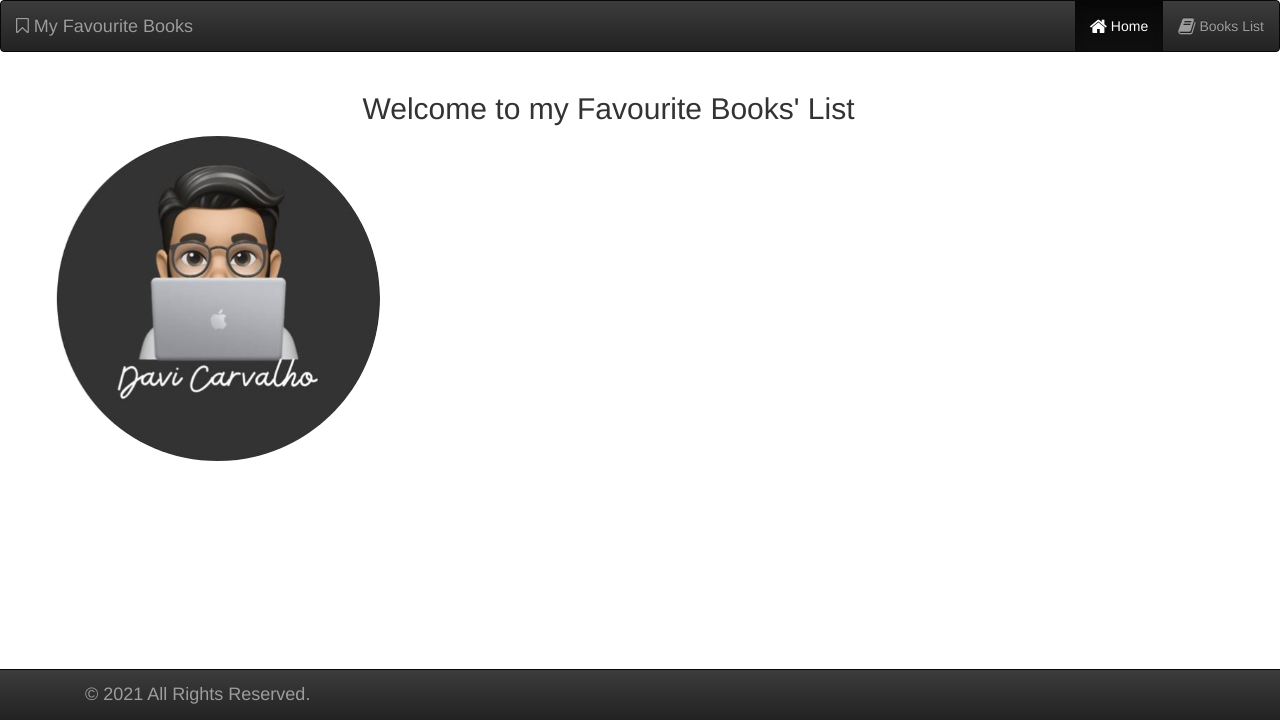
Repository: daviccarvalho/COMP229-M2021-Midterm-301154671
Page: http://localhost/
The author's editor kept a copy of each file at every save. The page is drawn from the files as they stood at one save, then again after the next save.
The browser window is 1280 px wide. The pictures show the whole page.
The page is served by the project's Node server (server.js). Other server files are loaded and not shown.

Above is the page before, as saved 2021-06-22 18:59:37.

### server/views/content/index.ejs
<!--
Web App Name: Favourite Book List
Student Name: Davi Cavalcante de Carvalho
Student id# 301154671
June 22, 2021
-->
<%- include('../partials/header.ejs'); %>

    <!-- MAIN CONTENT -->
    <div class="container">
      <div class="row">
        <div class="col-md-offset-3 col-md-6">
          <h2>Welcome to my Favourite Books' List</h2>
        </div>
        <div class="ps-4">
      <img src="../Assets/images/logo.svg" class="mx-auto pe-4 d-block float-start img-fluid align-top">
      </div>
    </div>

<%- include('../partials/footer.ejs'); %>

### server/views/partials/header.ejs
<!--
Web App Name: Favourite Book List
Student Name: Davi Cavalcante de Carvalho
Student id# 301154671
June 22, 2021
-->
<!DOCTYPE html>
<html lang="en">
  <head>
    <meta charset="utf-8">
    <meta name="viewport" content="width=device-width, initial-scale=1">
    <title><%= title %></title>
    <!-- CSS SECTION -->
    <link rel="stylesheet" href="/Scripts/lib/bootstrap/dist/css/bootstrap.min.css">
    <link rel="stylesheet" href="/Scripts/lib/bootstrap/dist/css/bootstrap-theme.min.css">
    <link rel="stylesheet" href="/Scripts/lib/font-awesome/css/font-awesome.min.css">
    <link rel="stylesheet" href="/@fortawesome/fontawesome-free/css/all.min.css">
    <link rel='stylesheet' href='/Content/app.css' />
  </head>
  <body>

  <nav class="navbar navbar-inverse" role="navigation">
    <!-- Brand and toggle get grouped for better mobile display -->
    <div class="navbar-header">
      <button type="button" class="navbar-toggle" data-toggle="collapse" data-target=".navbar-ex1-collapse">
        <span class="sr-only">Toggle navigation</span>
        <span class="icon-bar"></span>
        <span class="icon-bar"></span>
        <span class="icon-bar"></span>
      </button>
      <a class="navbar-brand" href="/"><i class="fa fa-bookmark-o"></i> My Favourite Books</a>
    </div>

    <!-- Collect the nav links, forms, and other content for toggling -->
    <div class="collapse navbar-collapse navbar-ex1-collapse">
      <ul class="nav navbar-nav navbar-right">
        <% if(title == "Home") { %>
          <li class="active"><a href="/"><i class="fa fa-home fa-lg"></i> Home</a></li>
        <% } else { %>
          <li><a href="/"><i class="fa fa-home fa-lg"></i> Home</a></li>
        <% } %>

          <% if(title == "books") { %>
          <li class="active"><a href="/books"><i class="fa fa-book fa-lg">
          </i> Books List</a></li>
          <% } else { %>
            <li><a href="/books"><i class="fa fa-book fa-lg">
            </i> Books List</a></li>
          <% } %>

      </ul>
    </div><!-- /.navbar-collapse -->
  </nav>

### server/views/partials/footer.ejs
<!--
Web App Name: Favourite Book List
Student Name: Davi Cavalcante de Carvalho
Student id# 301154671
June 22, 2021
-->
<nav class="navbar navbar-inverse navbar-fixed-bottom">
  <div class="container">
    <h4  class="navbar-text">&copy; 2021 All Rights Reserved.</h4>
  </div>
</nav>



<!-- JAVASCRIPT SECTION -->
    <script src="/Scripts/lib/jquery/dist/jquery.min.js"></script>
    <script src="/Scripts/lib/bootstrap/dist/js/bootstrap.min.js"></script>
    <script src="/Scripts/app.js"></script>
  </body>
</html>

### server.js
/*
Web App Name: Favourite Book List
Student Name: Davi Cavalcante de Carvalho
Student id# 301154671
June 22, 2021*/

let app = require('./server/config/app');
let debug = require('debug')('comp308-w2019-midterm:server');
let http = require('http');

/**
 * Get port from environment and store in Express.
 */

let port = normalizePort(process.env.PORT || '3000');
app.set('port', port);

/**
 * Create HTTP server.
 */

let server = http.createServer(app);

/**
 * Listen on provided port, on all network interfaces.
 */

server.listen(port);
server.on('error', onError);
server.on('listening', onListening);

/**
 * Normalize a port into a number, string, or false.
 */

function normalizePort(val) {
  let port = parseInt(val, 10);

  if (isNaN(port)) {
    // named pipe
    return val;
  }

  if (port >= 0) {
    // port number
    return port;
  }

  return false;
}

/**
 * Event listener for HTTP server "error" event.
 */

function onError(error) {
  if (error.syscall !== 'listen') {
    throw error;
  }

  let bind = typeof port === 'string'
    ? 'Pipe ' + port
    : 'Port ' + port;

  // handle specific listen errors with friendly messages
  switch (error.code) {
    case 'EACCES':
      console.error(bind + ' requires elevated privileges');
      process.exit(1);
      break;
    case 'EADDRINUSE':
      console.error(bind + ' is already in use');
      process.exit(1);
      break;
    default:
      throw error;
  }
}

/**
 * Event listener for HTTP server "listening" event.
 */

function onListening() {
  let addr = server.address();
  let bind = typeof addr === 'string'
    ? 'pipe ' + addr
    : 'port ' + addr.port;
  debug('Listening on ' + bind);
}

### server/routes/index.js
/*
Web App Name: Favourite Book List
Student Name: Davi Cavalcante de Carvalho
Student id# 301154671
June 22, 2021
*/
// modules required for routing
let express = require('express');
let router = express.Router();
let mongoose = require('mongoose');

// define the book model
let book = require('../models/books');

/* GET home page. wildcard */
router.get('/', (req, res, next) => {
  res.render('content/index', {
    title: 'Home',
    books: ''
   });
});

module.exports = router;

### client/Assets/images/logo.svg
<svg width="326" height="327" xmlns="http://www.w3.org/2000/svg" xmlns:xlink="http://www.w3.org/1999/xlink" overflow="hidden"><defs><clipPath id="clip0"><rect x="70" y="63" width="326" height="327"/></clipPath><image width="462" height="455" xlink:href="data:[embedded picture, 33003 characters]" preserveAspectRatio="none" id="img1"></image><clipPath id="clip2"><path d="M70 226.5C70 136.754 142.754 64 232.5 64 322.246 64 395 136.754 395 226.5 395 316.246 322.246 389 232.5 389 142.754 389 70 316.246 70 226.5Z" fill-rule="evenodd" clip-rule="evenodd"/></clipPath></defs><g clip-path="url(#clip0)" transform="translate(-70 -63)"><g clip-path="url(#clip2)"><use width="100%" height="100%" xlink:href="#img1" transform="matrix(0.703463 0 0 0.714286 70 64)"></use></g></g></svg>

### client/Scripts/app.js
/* custom JS goes here */

/* pagination code from http://www.bootply.com/lxa0FF9yhw */
$.fn.pageMe = function(opts){
    var $this = this,
        defaults = {
            perPage: 7,
            showPrevNext: false,
            hidePageNumbers: false
        },
        settings = $.extend(defaults, opts);

    var listElement = $this;
    var perPage = settings.perPage;
    var children = listElement.children();
    var pager = $('.pager');

    if (typeof settings.childSelector!="undefined") {
        children = listElement.find(settings.childSelector);
    }

    if (typeof settings.pagerSelector!="undefined") {
        pager = $(settings.pagerSelector);
    }

    var numItems = children.size();
    var numPages = Math.ceil(numItems/perPage);

    pager.data("curr",0);

    if (settings.showPrevNext){
        $('<li><a href="#" class="prev_link">«</a></li>').appendTo(pager);
    }

    var curr = 0;
    while(numPages > curr && (settings.hidePageNumbers==false)){
        $('<li><a href="#" class="page_link">'+(curr+1)+'</a></li>').appendTo(pager);
        curr++;
    }

    if (settings.showPrevNext){
        $('<li><a href="#" class="next_link">»</a></li>').appendTo(pager);
    }

    pager.find('.page_link:first').addClass('active');
    pager.find('.prev_link').hide();
    if (numPages<=1) {
        pager.find('.next_link').hide();
    }
  	pager.children().eq(1).addClass("active");

    children.hide();
    children.slice(0, perPage).show();

    pager.find('li .page_link').click(function(){
        var clickedPage = $(this).html().valueOf()-1;
        goTo(clickedPage,perPage);
        return false;
    });
    pager.find('li .prev_link').click(function(){
        previous();
        return false;
    });
    pager.find('li .next_link').click(function(){
        next();
        return false;
    });

    function previous(){
        var goToPage = parseInt(pager.data("curr")) - 1;
        goTo(goToPage);
    }

    function next(){
        goToPage = parseInt(pager.data("curr")) + 1;
        goTo(goToPage);
    }

    function goTo(page){
        var startAt = page * perPage,
            endOn = startAt + perPage;

        children.css('display','none').slice(startAt, endOn).show();

        if (page>=1) {
            pager.find('.prev_link').show();
        }
        else {
            pager.find('.prev_link').hide();
        }

        if (page<(numPages-1)) {
            pager.find('.next_link').show();
        }
        else {
            pager.find('.next_link').hide();
        }

        pager.data("curr",page);
      	pager.children().removeClass("active");
        pager.children().eq(page+1).addClass("active");

    }
};

// IIFE
(function(){
  $(".btn-danger").click(function(event){
    if(!confirm("Are you sure?")) {
      event.preventDefault();
      window.location.assign("/books");
    }
  });

 /* pagination code */
  $('#myTable').pageMe(
    {pagerSelector:'#myPager',showPrevNext:true,hidePageNumbers:false,perPage:6}
    );
})();

Loaded but not shown: client/Scripts/lib/bootstrap/dist/css/bootstrap.min.css (library); client/Scripts/lib/bootstrap/dist/css/bootstrap-theme.min.css (library); client/Scripts/lib/font-awesome/css/font-awesome.min.css (library); client/Content/app.css (common file); client/Scripts/lib/jquery/dist/jquery.min.js (library); client/Scripts/lib/bootstrap/dist/js/bootstrap.min.js (library)

After the next save:
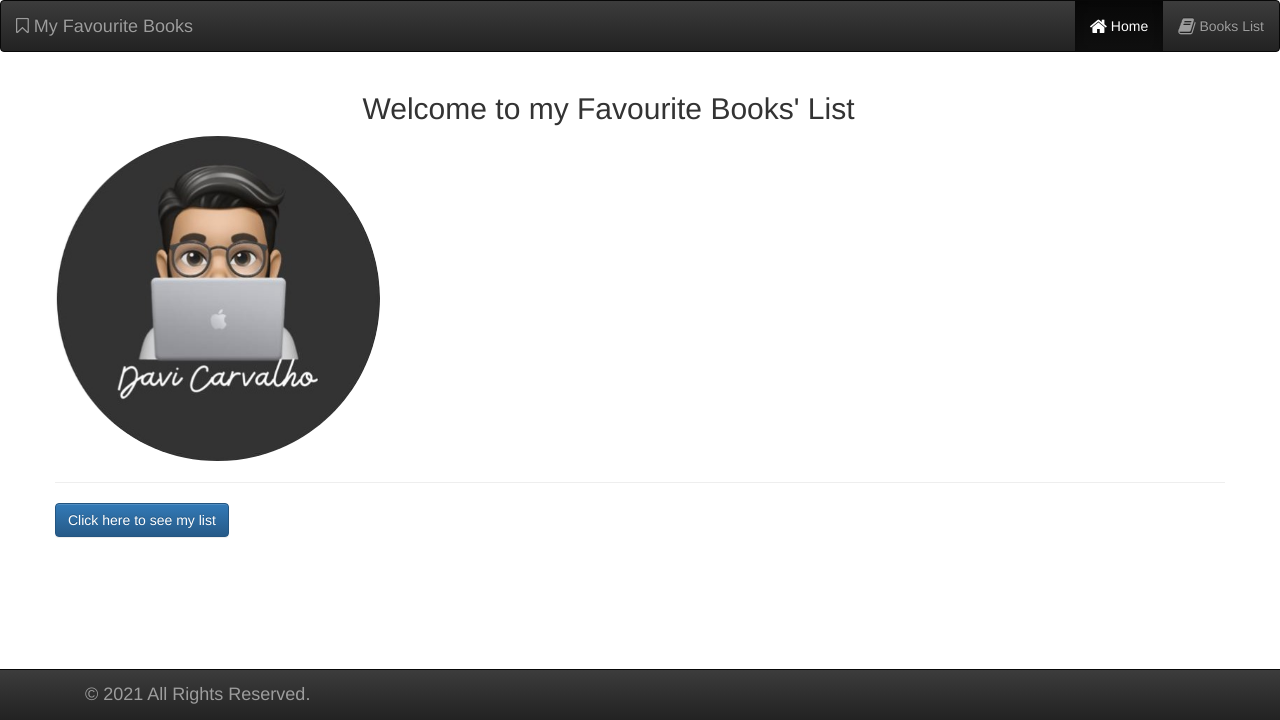
Saved 38 s later.
--- a/server/views/content/index.ejs
+++ b/server/views/content/index.ejs
@@ -14,6 +14,10 @@ June 22, 2021
         </div>
         <div class="ps-4">
       <img src="../Assets/images/logo.svg" class="mx-auto pe-4 d-block float-start img-fluid align-top">
+      <hr class="my-4">
+        <div class="mx-auto" style="width: 200px;">
+        <a class="btn btn-primary" href="/about" role="button">Click here to see my list</a>
+      </div>
       </div>
     </div>
 
